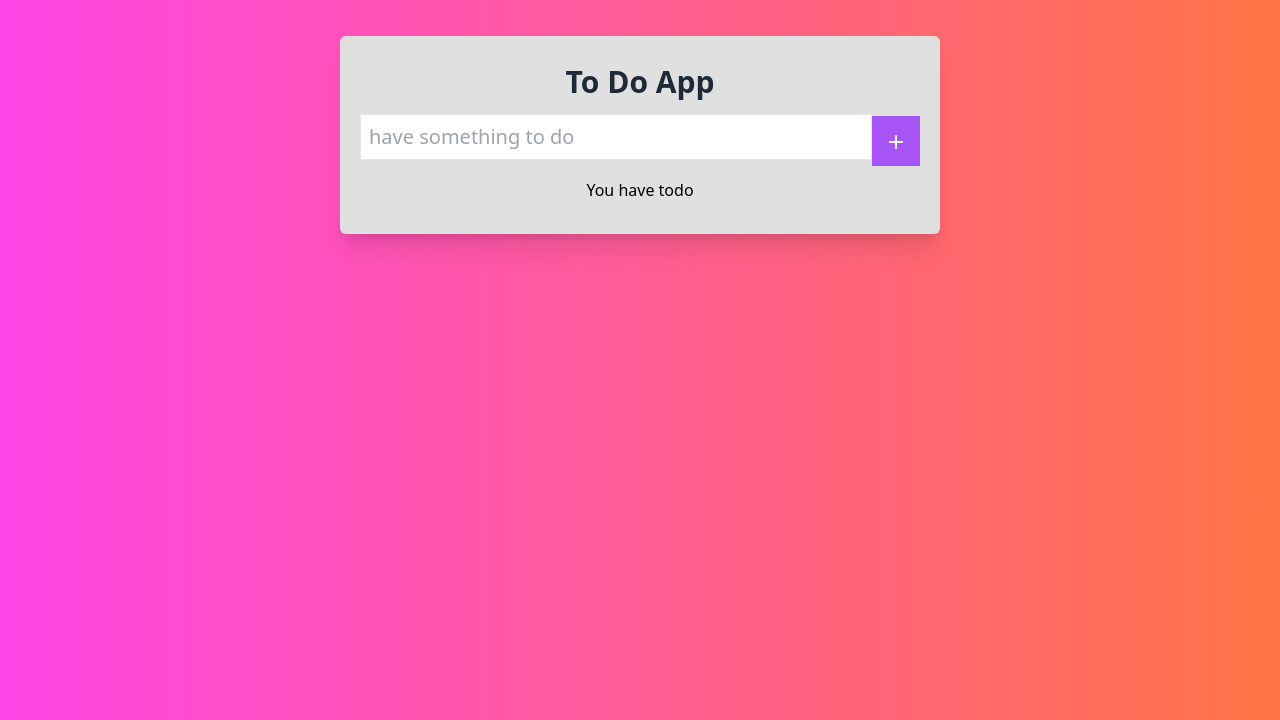
Repository: Nurlan-Bakenbaev/todoapp
Page: /
The author's editor kept a copy of each file at every save. The page is drawn from the files as they stood at one save, then again after the next save.
The browser window is 1280 px wide. The pictures show the whole page.
The page's requests for data from a server got no answer. The project was rebuilt for these pictures with package versions that can differ from the ones it lists, and the page was loaded fresh each time. No one was signed in, and anything a server would have sent is missing. Also part of the build but not shown: vite.config.js, src/Todo.jsx.

Above is the page before, as saved 2023-08-27 22:23:51.

After the next save:
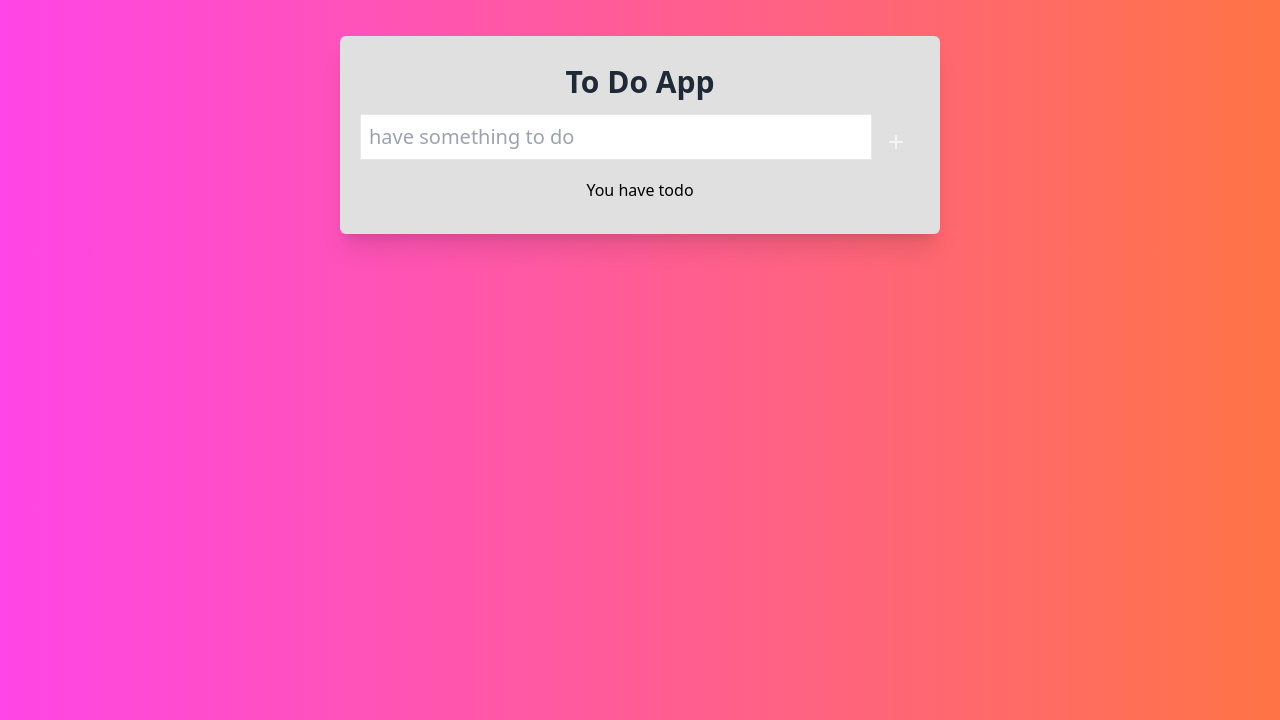
Saved 56 s later.
--- a/src/App.jsx
+++ b/src/App.jsx
@@ -53,7 +53,7 @@ function App() {
     heading: `text-3xl font-bold text-center text-gray-800 p-2`,
     form: `flex justify-between items-center`,
     input: `border p-2 w-full text-xl`,
-    button: `p-3 mt-2 bg-purple-500 text-slate-100`,
+    button: `p-3 mt-2  text-slate-100`,
     count: "text-center p-3",
     ul: "flex flex-col gap-2 ",
     alert:
